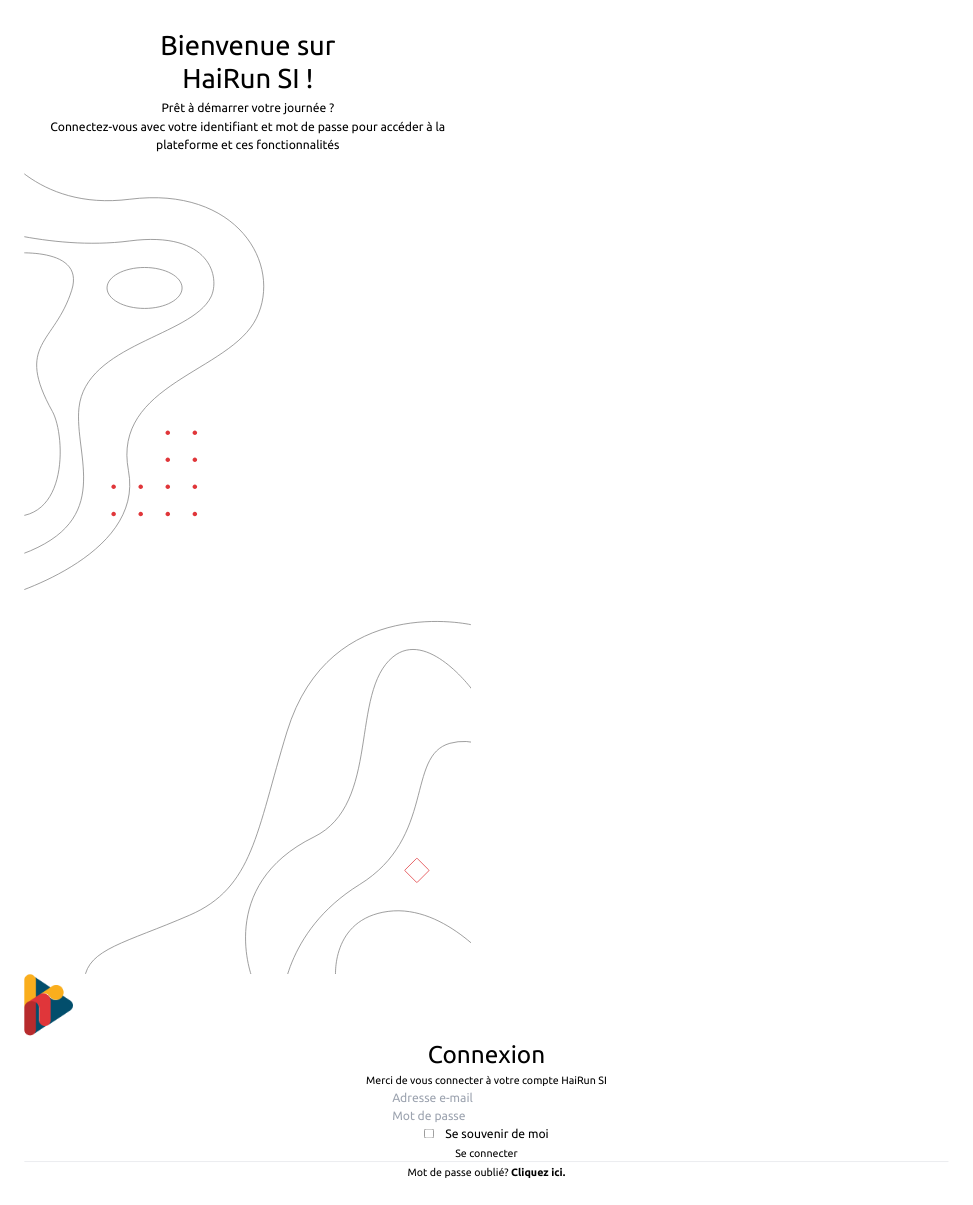
Repository: houlderHR/hairunsi-react-js-app
Page: /login
These files come from the project's save history. The page is drawn as it stood at one moment and after the next save; the edit follows.
The browser window is 1280 px wide. The pictures show the whole page, at 76% of full size.
The project was rebuilt for these pictures with package versions that can differ from the ones it lists, and the page was loaded fresh each time. Also part of the build but not shown: vite.config.ts, src/pages/Home/Home.scss, src/pages/Home/Home.tsx.

Above is the page before, as saved 2024-03-20 14:11:44.

After the next save:
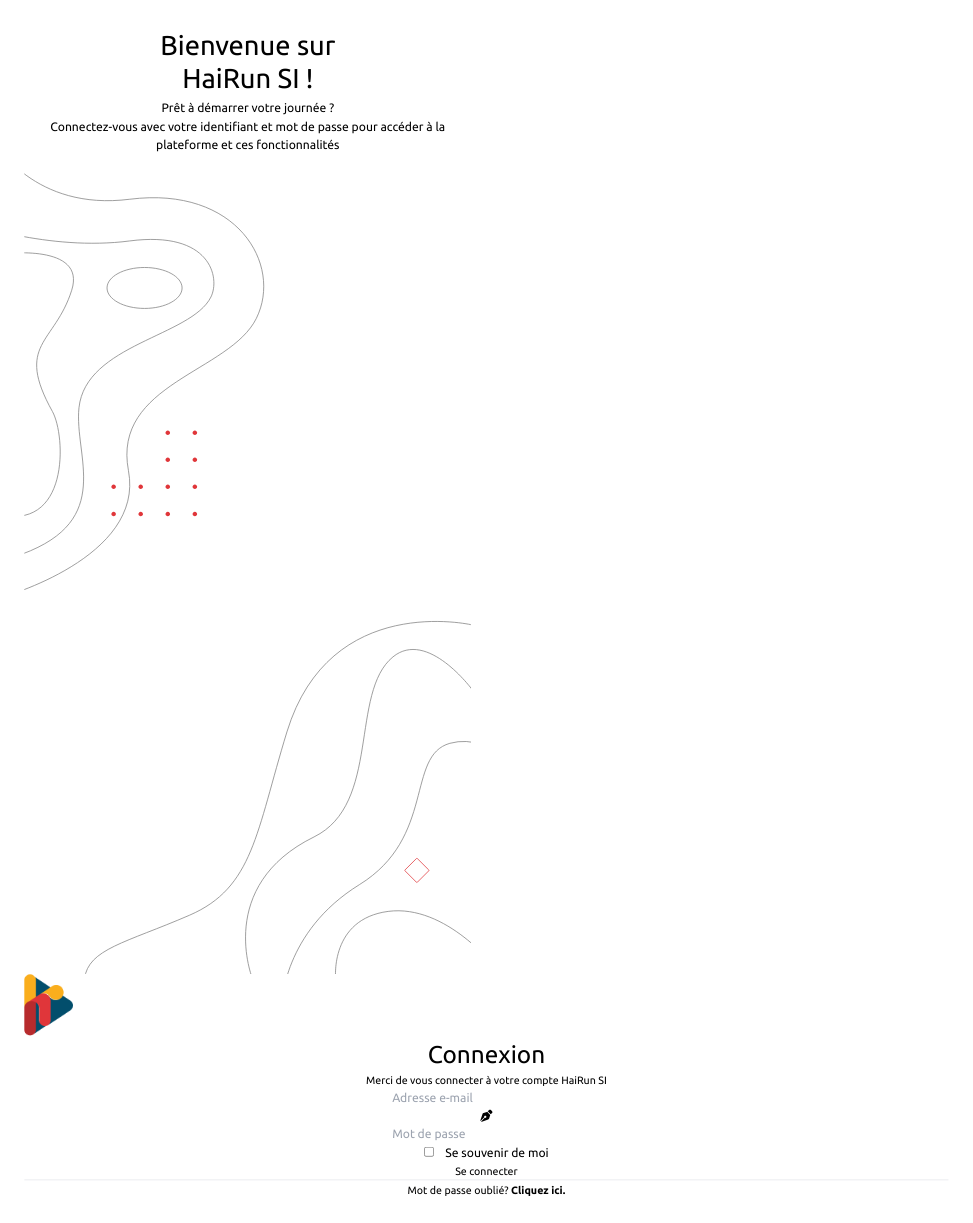
Saved 3 min 28 s later.
--- a/src/pages/Login/Login.tsx
+++ b/src/pages/Login/Login.tsx
@@ -1,4 +1,6 @@
 import React from 'react';
+import { FontAwesomeIcon } from '@fortawesome/react-fontawesome';
+import { faPenNib } from '@fortawesome/free-solid-svg-icons';
 import bgLogin from '../../assets/images/bg-login.svg';
 import logo from '../../assets/images/logo1.png';
 import './Login.scss';
@@ -24,6 +26,9 @@
           <h3 style={{fontSize:"14px"}}>Merci de vous connecter à votre compte HaiRun SI</h3>
           <div className='mt-10 mb-5'>
             <input type="text" className="border mb-3 px-3 py-3 w-full rounded-md" name="" placeholder="Adresse e-mail" id="" /><br />
+            <div>
+            <FontAwesomeIcon icon={faPenNib} />
+            </div>
             <input type="text" name="" className="border px-3 py-3 w-full rounded-md" placeholder="Mot de passe" id="" />
           </div>
           <div className="flex justify-left text-grey2 mb-4">
